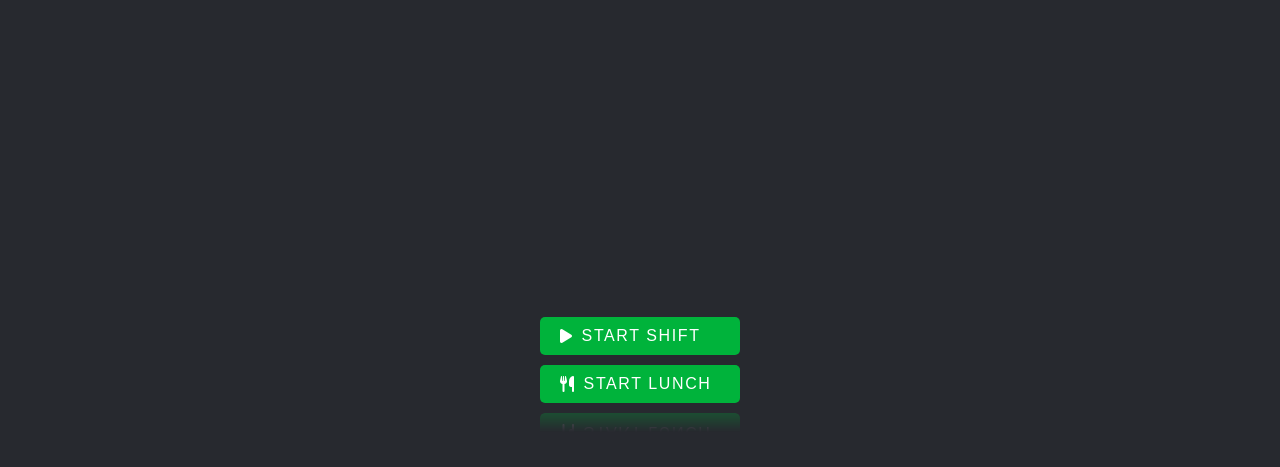
Repository: Philip-Rogers/button-state
Page: experiment.html
An editor plug-in stored every save of this project. The page is shown before and after the next save, followed by the edit.
The browser window is 1280 px wide. The pictures show the whole page.

Above is the page before, as saved 2024-08-14 14:52:20.

After the next save:
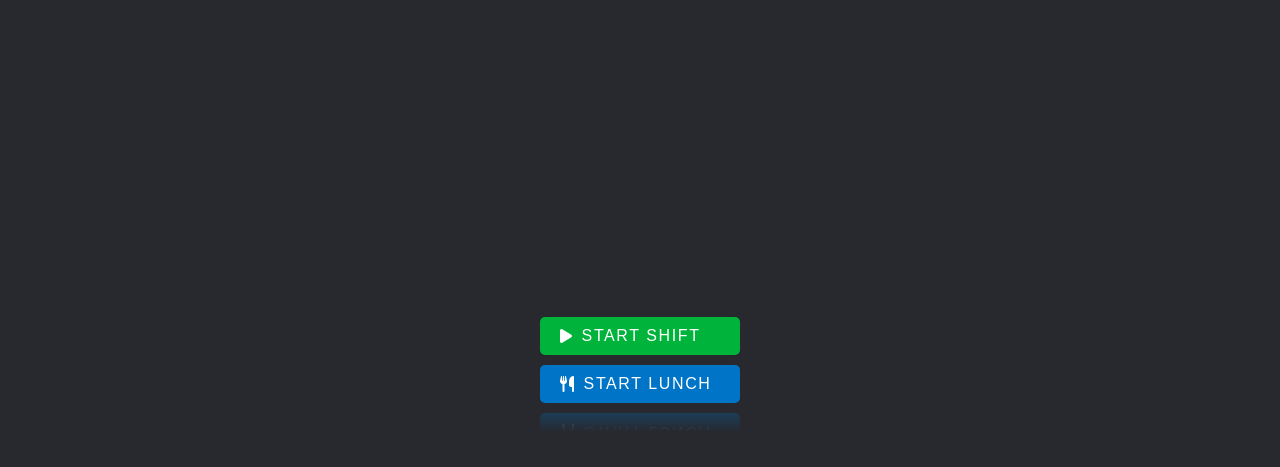
Saved 24 s later.
--- a/index.css
+++ b/index.css
@@ -46,25 +46,25 @@ button {
 .button-container {
     display: flex;
     flex-direction: column;
-    align-items: flex-start;
-    /* Align buttons to the start of the container */
-    gap: 10px;
-    /* Space between the buttons */
+    align-items: flex-start; /* Align buttons to the start of the container */
+    gap: 10px; /* Space between the buttons */
 }
 
 /* Style for the toggle buttons */
 .toggle-button {
     color: white;
-    background-color: hsl(140, 100%, 35%);
-    /* Default green */
+    background-color: hsl(140, 100%, 35%); /* Default green for Start Shift */
     border: none;
     padding: 10px 20px;
     font-size: 16px;
     cursor: pointer;
     display: flex;
     align-items: center;
-    width: 200px;
-    /* Fixed width for consistency */
+    width: 200px; /* Fixed width for consistency */
+}
+
+#lunchButton {
+    background-color: hsl(205, 100%, 39%); /* Default blue color for Start Lunch */
 }
 
 .toggle-button i {
@@ -72,6 +72,5 @@ button {
 }
 
 .toggle-button.stop {
-    background-color: hsl(354, 70%, 54%);
-    /* Red when in stop state */
+    background-color: hsl(354, 70%, 54%); /* Red when in stop state */
 }
